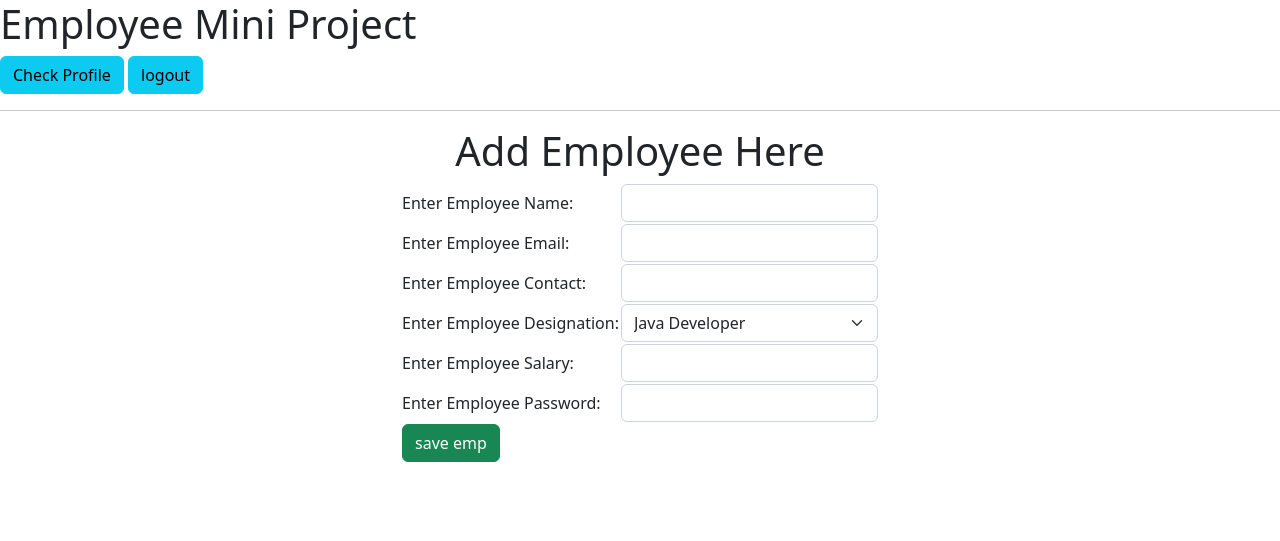
Repository: mca45034/MiniProjectp3
Page: http://localhost/miniproject/addEmployee.jsp
An editor plug-in stored every save of this project. The page is shown before and after the next save, followed by the edit.
The browser window is 1280 px wide. The pictures show the whole page.
The page is served by Tomcat 9. Other server files are loaded and not shown.

Above is the page before, as saved 2024-03-03 13:30:22.

### project/miniproject/src/main/webapp/addEmployee.jsp
<%@ page language="java" contentType="text/html; charset=ISO-8859-1"
    pageEncoding="ISO-8859-1"%>
<!DOCTYPE html>
<html>
<head>
<meta charset="ISO-8859-1">
<title>Add Employee</title>

</head>
<body>
<%-- <jsp:include page="/jsp/header.jsp"></jsp:include> --%>
<%@ include file="header.jsp" %>

<form action="employeec" method="post">
<center>
<h1>Add Employee Here</h1>
<input type="hidden" name="action" value="addemp">
	<table>
		<tr>
			<td>Enter Employee Name:</td>
			<td><input type="text" name="empname" class="form-control"></td>
		</tr>
		<tr>
			<td>Enter Employee Email:</td>
			<td><input type="text" name="empemail" class="form-control"></td>
		</tr>
		<tr>
			<td>Enter Employee Contact:</td>
			<td><input type="text" name="empcontact" class="form-control"></td>
		</tr>
		<tr>
			<td>Enter Employee Designation:</td>
			<td>
				<select name="empdesignation"  class="form-select" >
					<option>Java Developer</option>
					<option>Python Developer</option>
					<option>Manual Tester</option>
					<option>Automation Tester</option>
					<option>Data Analytics</option>
				</select>
			</td>
		</tr>
		<tr>
			<td>Enter Employee Salary:</td>
			<td><input type="text" name="empsal" class="form-control"></td>
		</tr>
		<tr>
			<td>Enter Employee Password:</td>
			<td><input type="password" name="emppass" class="form-control"></td>
		</tr>
		<tr>
			<td><button class="btn btn-success">save emp</button></td>
		</tr>
	</table>
</form>
<%
String msg=(String)request.getAttribute("msg");
if(msg!=null){

%>
<p style="color:red"><%=msg %></p>
<%} %>
</center>
</body>
</html>

### project/miniproject/src/main/webapp/header.jsp
<%@ page language="java" contentType="text/html; charset=ISO-8859-1"
	pageEncoding="ISO-8859-1"%>
<!DOCTYPE html>
<html>
<head>
<meta charset="ISO-8859-1">
<title>Insert title here</title>
<link rel="stylesheet"
	href="https://cdn.jsdelivr.net/npm/bootstrap@5.2.3/dist/css/bootstrap.min.css">

</head>
<body>
	<h1>Employee Mini Project</h1>
	<%
		String user = (String) session.getAttribute("usertype");

		if (user != null) {
	%>
	<h3>
		Hii,
		<%=user%></h3>
	<%
		}
	%>

	<%
		if (user != null && user.equalsIgnoreCase("admin")) {
	%>
	<a href="addEmployee.jsp" class="btn btn-info">Add Employee</a>
	<a href="employeec" class="btn btn-info">show Employee list</a>

	<%
		}

		else if (user != null || user != "admin") {
	%>
	<a href="employeec?action=editbyemail&email=<%=user%>"
		class="btn btn-info">Check Profile</a>
	<%
		}
	%>
	<a href="loginc" class="btn btn-info">logout</a>
	<h1><hr></h1>
</body>
</html>

After the next save:
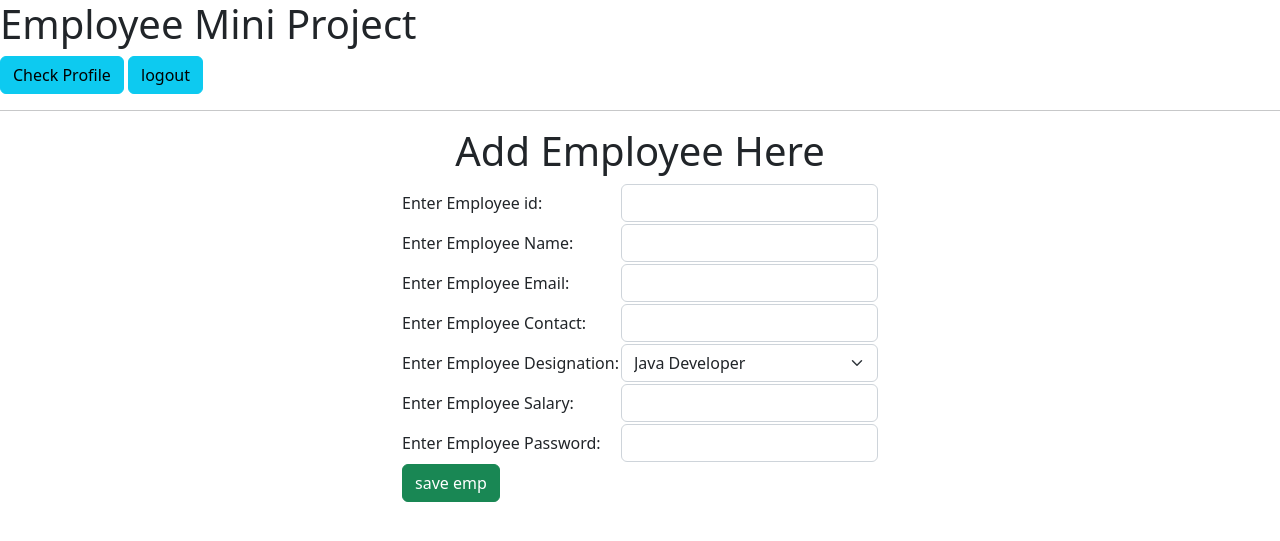
Saved 2 min 7 s later.
--- a/project/miniproject/src/main/webapp/addEmployee.jsp
+++ b/project/miniproject/src/main/webapp/addEmployee.jsp
@@ -16,6 +16,10 @@
 <h1>Add Employee Here</h1>
 <input type="hidden" name="action" value="addemp">
 	<table>
+	<tr>
+			<td>Enter Employee id:</td>
+			<td><input type="text" name="empid" class="form-control"></td>
+		</tr>
 		<tr>
 			<td>Enter Employee Name:</td>
 			<td><input type="text" name="empname" class="form-control"></td>
